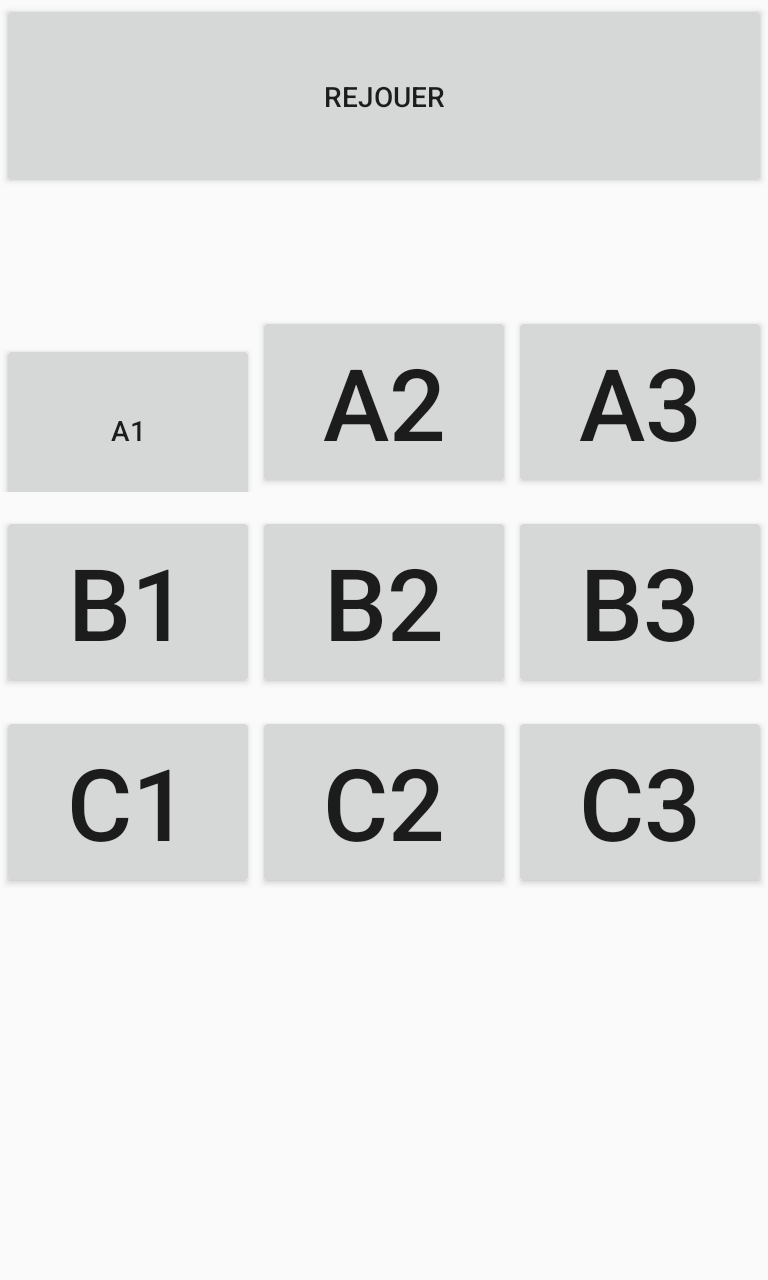
Repository: chakrinamo/Projet_S4_TicTacToe
Layout: Tic_Tac_Toe/res/layout/activity_main.xml
An editor plug-in stored every save of this project. The layout is shown before and after the next save, followed by the edit.
It is drawn on a 768 x 1280 px phone screen (xhdpi) without system bars, with theme AppTheme; the app's code is not run.

Above is the layout before, as saved 2015-02-24 05:26:15.

After the next save:
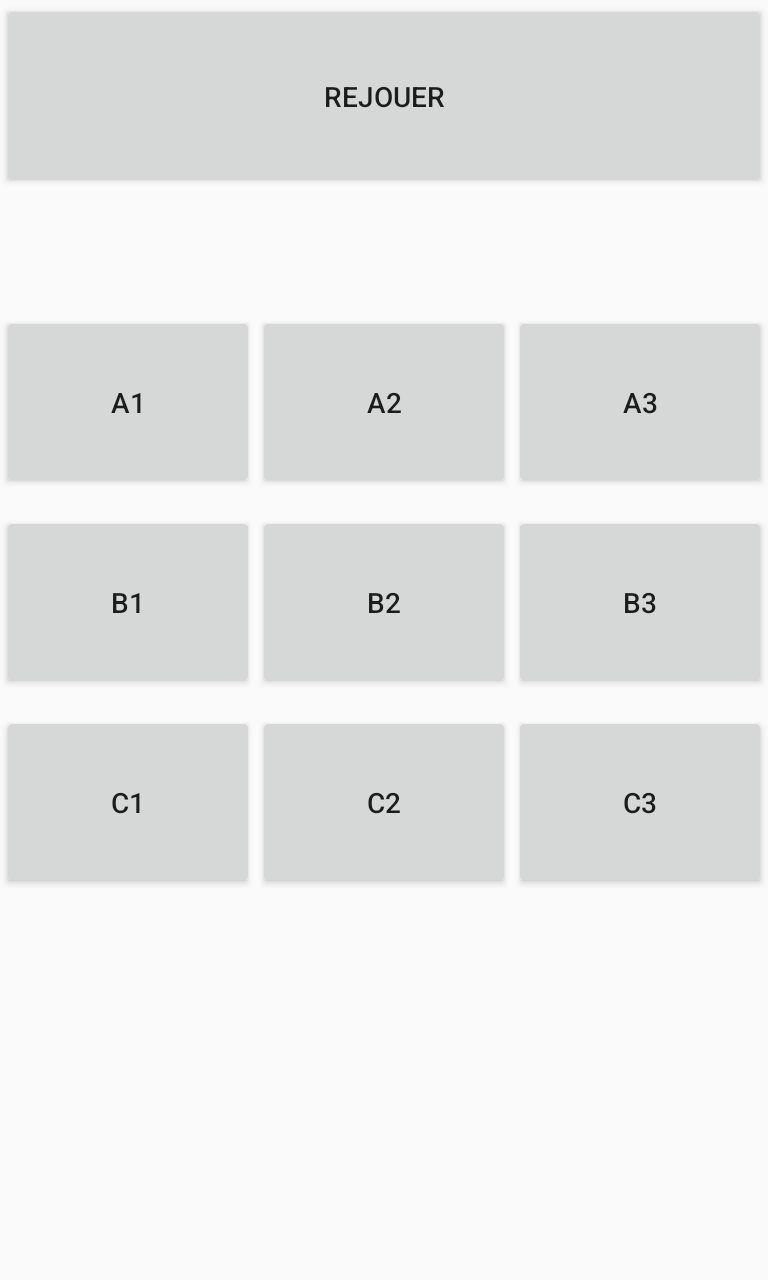
Saved 80 s later.
--- a/Tic_Tac_Toe/res/layout/activity_main.xml
+++ b/Tic_Tac_Toe/res/layout/activity_main.xml
@@ -37,16 +37,14 @@
             android:layout_width="fill_parent"
             android:layout_height="90dp"
             android:layout_weight="1"
-            android:text="A2"
-            android:textSize="50"/>
+            android:text="A2" />
 
         <Button
             android:id="@+id/A3"
             android:layout_width="fill_parent"
             android:layout_height="90dp"
             android:layout_weight="1"
-            android:text="A3"
-            android:textSize="50"/>
+            android:text="A3"/>
     </LinearLayout>
 
     <LinearLayout
@@ -60,24 +58,21 @@
             android:layout_width="fill_parent"
             android:layout_height="90dp"
             android:layout_weight="1"
-            android:text="B1"
-            android:textSize="50"/>
+            android:text="B1"/>
 
         <Button
             android:id="@+id/B2"
             android:layout_width="fill_parent"
             android:layout_height="90dp"
             android:layout_weight="1"
-            android:text="B2"
-            android:textSize="50"/>
+            android:text="B2"/>
 
         <Button
             android:id="@+id/B3"
             android:layout_width="fill_parent"
             android:layout_height="90dp"
             android:layout_weight="1"
-            android:text="B3"
-            android:textSize="50"/>
+            android:text="B3"/>
     </LinearLayout>
 
     <LinearLayout
@@ -91,24 +86,21 @@
             android:layout_width="fill_parent"
             android:layout_height="90dp"
             android:layout_weight="1"
-            android:text="C1"
-            android:textSize="50"/>
+            android:text="C1"/>
 
         <Button
             android:id="@+id/C2"
             android:layout_width="fill_parent"
             android:layout_height="90dp"
             android:layout_weight="1"
-            android:text="C2"
-            android:textSize="50"/>
+            android:text="C2"/>
 
         <Button
             android:id="@+id/C3"
             android:layout_width="fill_parent"
             android:layout_height="90dp"
             android:layout_weight="1"
-            android:text="C3"
-            android:textSize="50"/>
+            android:text="C3"/>
     </LinearLayout>
 
 </LinearLayout>
